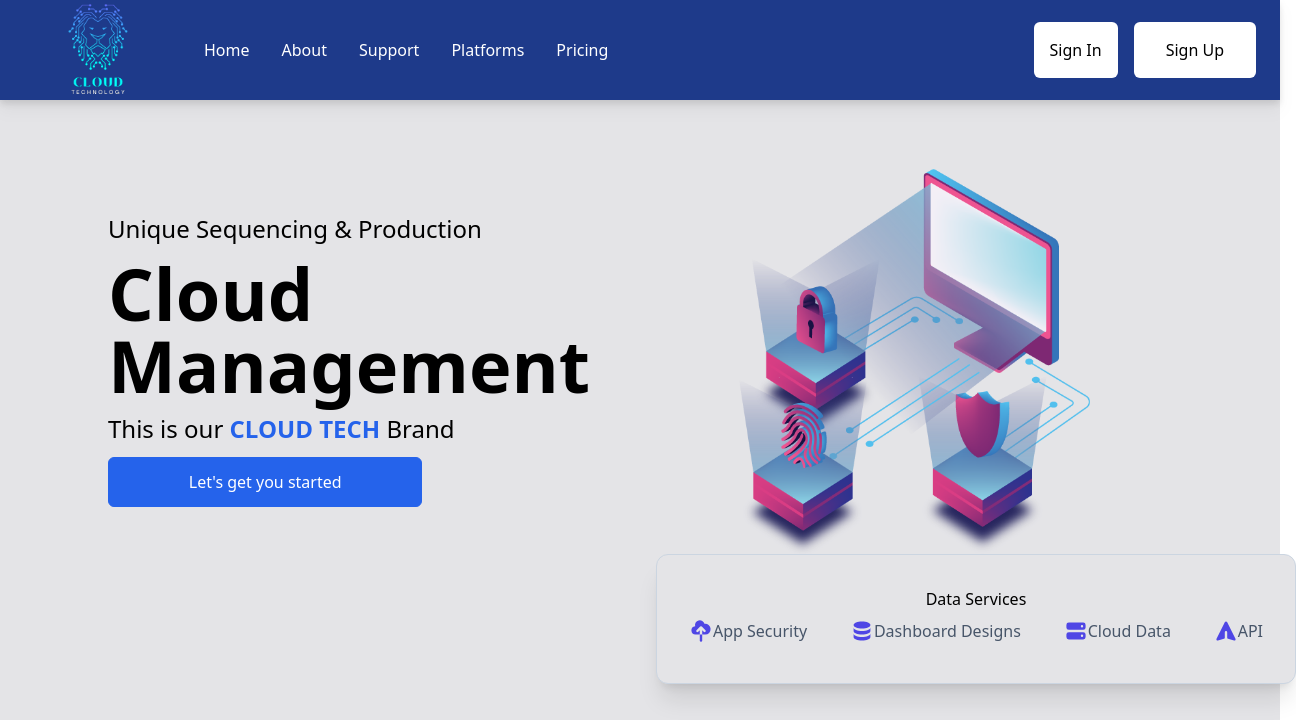
Repository: Esther-Kamau/cloud-management
Page: /
These files come from the project's save history. The page is drawn as it stood at one moment and after a run of saves; the edit follows.
The browser window is 1280 px wide. The page is 1296 px wide, so the pictures cover 1296 px, including what lies to the right of the window. The pictures show the whole page.
The project was rebuilt for these pictures with package versions that can differ from the ones it lists, and the page was loaded fresh each time. A package was used in the major version that the imports need, not the one package.json lists.

Above is the page before, as saved 2023-03-16 18:16:55.

### public/index.html
<!DOCTYPE html>
<html lang="en">
  <head>
    <meta charset="utf-8" />
    <link rel="icon" href="%PUBLIC_URL%/Logo.png" />
    <meta name="viewport" content="width=device-width, initial-scale=1" />
    <meta name="theme-color" content="#000000" />
    <meta
      name="description"
      content="Web site created using create-react-app"
    />
    <link rel="apple-touch-icon" href="%PUBLIC_URL%/Logo.png" />
    <!--
      manifest.json provides metadata used when your web app is installed on a
      user's mobile device or desktop. See https://developers.google.com/web/fundamentals/web-app-manifest/
    -->
    <link rel="manifest" href="%PUBLIC_URL%/manifest.json" />
    <!--
      Notice the use of %PUBLIC_URL% in the tags above.
      It will be replaced with the URL of the `public` folder during the build.
      Only files inside the `public` folder can be referenced from the HTML.

      Unlike "/favicon.ico" or "favicon.ico", "%PUBLIC_URL%/favicon.ico" will
      work correctly both with client-side routing and a non-root public URL.
      Learn how to configure a non-root public URL by running `npm run build`.
    -->
    <title>Cloud Technology</title>
  </head>
  <body>
    <noscript>You need to enable JavaScript to run this app.</noscript>
    <div id="root"></div>
    <!--
      This HTML file is a template.
      If you open it directly in the browser, you will see an empty page.

      You can add webfonts, meta tags, or analytics to this file.
      The build step will place the bundled scripts into the <body> tag.

      To begin the development, run `npm start` or `yarn start`.
      To create a production bundle, use `npm run build` or `yarn build`.
    -->
  </body>
</html>

### src/index.css
@tailwind base;
@tailwind components;
@tailwind utilities;

@layer base{
    li{
      @apply p-4 text-white hover:text-slate-300
    }
    button {
        @apply p-4 text-white border bg-blue-600 border-blue-600
        hover:bg-transparent hover:text-black rounded-md
      }
}

### src/App.jsx
import Navbar from "./components/Navbar"
import Hero from "./components/Hero"

function App() {
  return (

    <>
  <Navbar/>
  <Hero/>
    </>
  );
}

export default App;

### src/components/Navbar.jsx
import React,{useState} from "react";
import { MenuIcon, XIcon } from "@heroicons/react/outline";
import Logo from "../assets/Logo.png";

const Navbar = () => {
    const [nav,setNav] = useState(false)
    const handleClick =() => setNav(!nav)


  return (
    <div className="w-screen h-[100px] z-10 bg-blue-900 fixed drop-shadow-lg">
      <div className="px-2 flex justify-between items-center w-full h-full">
        <div className="flex items-center">
          <img className="h-[180px] w-[180px]" src={Logo} alt="Logoimg" />
          <ul className="hidden md:flex">
            <li>Home</li>
            <li>About</li>
            <li>Support</li>
            <li>Platforms</li>
            <li>Pricing</li>
          </ul>
        </div>
        <div className="hidden md:flex pr-4">
          <button className="border-none bg-white text-black mr-4 hover:text-white hover:bg-blue-300">
            Sign In
          </button>
          <button className="border-none bg-white text-black px-8 py-3 hover:text-white hover:bg-blue-300">
            Sign Up
          </button>
        </div>
        {/* toggle state */}
        <div className="md:hidden" onClick={handleClick}>
            {/* if the opposite of nav is true display this else xicon */}
{!nav ? <MenuIcon className="w-8 stroke-white" /> : <XIcon className="w-8 stroke-white" />}

        </div>
      </div>
      {/* if nav is not true hide the menu if tru display the menu */}
      <ul className={!nav ? 'hidden': "absolute bg-blue-900 w-full px-8"}>
        <li className="border-b-2 border-blue-200 w-full">Home</li>
        <li className="border-b-2 border-blue-200 w-full">About</li>
        <li className="border-b-2 border-blue-200 w-full">Support</li>
        <li className="border-b-2 border-blue-200 w-full">Platforms</li>
        <li className="border-b-2 border-blue-200 w-full">Pricing</li>
      <div className="flex flex-col my-4">
        <button className="bg-transparent text-white px-8 py-3 mb-4 hover:bg-slate-200 hover:text-black">Sign In</button>
        <button className="px-8 py-3" >Sign Up</button>
      </div>
      </ul>
    </div>
  );
};

export default Navbar;

### src/components/Hero.jsx
import React from "react";
import {
  CloudUploadIcon,
  DatabaseIcon,
  PaperAirplaneIcon,
  ServerIcon,
} from "@heroicons/react/solid";

import bgImg from "../assets/cyber-bg.png";

const Hero = () => {
  return (
    <div className="w-full h-screen bg-zinc-200 flex flex-col justify-between">
      <div className="grid md:grid-cols-2 max-w-[1080px] m-auto">
        <div className="flex flex-col justify-center md:items-start w-full px-2 py-3">
          <p className="text-2xl">Unique Sequencing & Production</p>
          <h1 className="py-3 text-5xl font-bold md:text-7xl">
            Cloud Management
          </h1>
          <p className="text-2xl mb-3">
            This is our{" "}
            <span className="text-blue-600 font-bold">CLOUD TECH</span> Brand
          </p>
          <button className="py-3 px-6 sm:w-[60%]">
            Let's get you started
          </button>
        </div>
        <div className="flex flex-col justify-center items-center w-full">
          <img src={bgImg} alt="bg" className="w-full h-full" />
        </div>
        {/* check on this later: absolute position */}
        <div
          className="absolute flex flex-col py-8 md:min-w-[640px] bottom-[5%] mx-4 md:left-1/2 bg-zinc-200
                 border border-slate-300 rounded-xl text-center shadow-xl"
        >
          <p>Data Services</p>
          <div className="flex flex-wrap justify-between px-4">
            <p className="flex px-4 py-2 text-slate-600"><CloudUploadIcon  className="h-6 text-indigo-600" /> App Security</p>
            <p className="flex px-4 py-2 text-slate-600"><DatabaseIcon className="h-6 text-indigo-600" /> Dashboard Designs</p>
            <p className="flex px-4 py-2 text-slate-600"><ServerIcon className="h-6 text-indigo-600"/> Cloud Data</p>
            <p className="flex px-4 py-2 text-slate-600"><PaperAirplaneIcon className="h-6 text-indigo-600"/> API</p>
          </div>
        </div>
      </div>
    </div>
  );
};

export default Hero;

Loaded but not shown: src/index.js (common file); tailwind.config.js (common file)

After the next 4 saves:
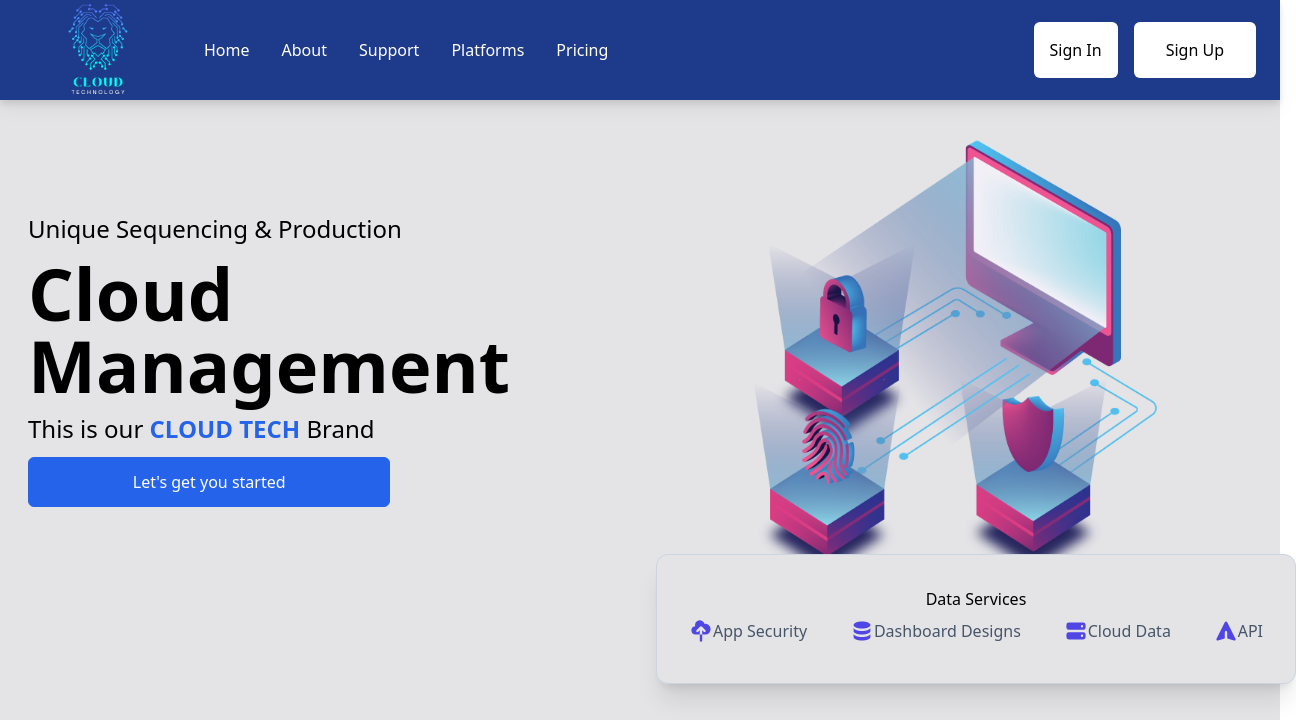
The 4 saves are shown as one change because they came seconds apart.
The last was saved 52 s later.
--- a/src/components/Hero.jsx
+++ b/src/components/Hero.jsx
@@ -11,7 +11,7 @@ import bgImg from "../assets/cyber-bg.png";
 const Hero = () => {
   return (
     <div className="w-full h-screen bg-zinc-200 flex flex-col justify-between">
-      <div className="grid md:grid-cols-2 max-w-[1080px] m-auto">
+      <div className="grid md:grid-cols-2 max-w-[1240px] m-auto">
         <div className="flex flex-col justify-center md:items-start w-full px-2 py-3">
           <p className="text-2xl">Unique Sequencing & Production</p>
           <h1 className="py-3 text-5xl font-bold md:text-7xl">
